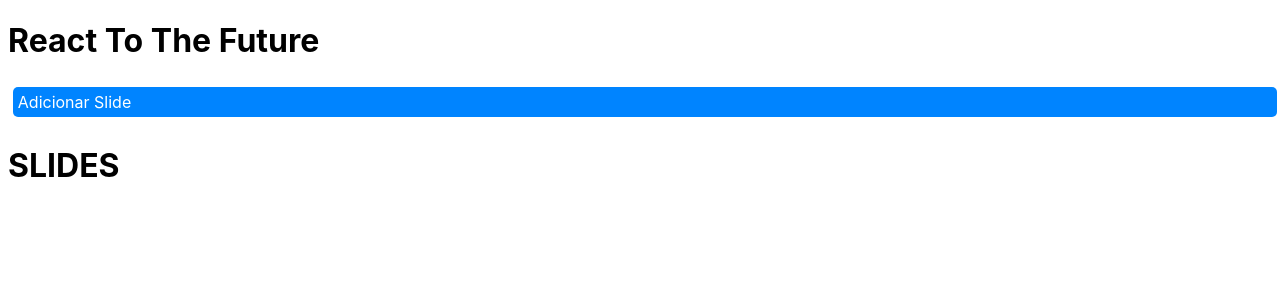
Repository: gotomarcelo/MERN
Page: / (app in cliente/)
These files come from the project's save history. The page is drawn as it stood at one moment and after the next save; the edit follows.
The browser window is 1280 px wide. The page is 1282 px wide, then 1280 px, so the pictures cover 1282 px, including what lies to the right of the window. The pictures show the whole page.
The page's requests for data from a server got no answer. The project was rebuilt for these pictures with package versions that can differ from the ones it lists, and the page was loaded fresh each time. No one was signed in, and anything a server would have sent is missing.

Above is the page before, as saved 2022-01-03 10:53:47.

### cliente/src/App.js
import React, { useState, useEffect } from "react";
import Axios from "axios";
import "./App.css";
import Colapsavel from "./Colapsavel";

function App() {
  const [tituloSlide, setTitulo] = useState("");
  const [conteudoSlide, setConteudo] = useState("");

  const [newTituloSlide, setNewTituloSlide] = useState("");
  const [newConteudoSlide, setNewConteudoSlide] = useState("");

  const [slideList, setSlideList] = useState([]);

  useEffect(() => {
    Axios.get("http://localhost:3001/read").then((response) =>
      setSlideList(response.data)
    );
  }, []);

  const addToList = () => {
    Axios.post("http://localhost:3001/insert", {
      tituloSlide: tituloSlide,
      conteudoSlide: conteudoSlide,
    });
    window.location.reload();
  };

  const updateSlide = (id) => {
    Axios.put("http://localhost:3001/update", {
      id: id,
      newTituloSlide: newTituloSlide,
      newConteudoSlide: newConteudoSlide,
    });
    window.location.reload();
  };

  const deleteSlide = (id) => {
    Axios.delete(`http://localhost:3001/delete/${id}`);
    window.location.reload();
  };

  return (
    <><head>
      <title>oi</title>
    </head>
    <div>
        <h1>React To The Future</h1>
        <Colapsavel label="Adicionar Slide">
          <label>Título:</label>
          <input
            type="text"
            onChange={(event) => {
              setTitulo(event.target.value);
            } } />

          <label>Conteudo:</label>
          <input
            type="text"
            onChange={(event) => {
              setConteudo(event.target.value);
            } } />
          <button onClick={addToList}>Add To List</button>
        </Colapsavel>
        <h1>SLIDES</h1>
        {slideList.map((val, key) => {
          return (
            <Colapsavel label={val.tituloSlide} key={key}>
              <h1>{val.tituloSlide}</h1>
              <p>{val.conteudoSlide}</p>
              <input
                type="text"
                placeholder="Novo nome do título"
                onChange={(event) => {
                  setNewTituloSlide(event.target.value);
                } } />
              <input
                type="text"
                placeholder="Atualizar conteudo"
                onChange={(event) => {
                  setNewConteudoSlide(event.target.value);
                } } />
              <button onClick={() => updateSlide(val._id)}>Atualizar</button>
              <button onClick={() => deleteSlide(val._id)}>Deletar</button>
            </Colapsavel>
          );
        })}
      </div></>
  );
}

export default App;

### cliente/src/index.css
body {
    font-family: -apple-system, BlinkMacSystemFont, 'Segoe UI', Roboto, Oxygen,
     Ubuntu, Cantarell, 'Open Sans', 'Helvetica Neue', sans-serif;
}

### cliente/src/App.css
.App {
  text-align: center;
  display: flex;
  flex-direction: column;
  justify-content: center;
  align-items: center;
}

input, button {
  width: 200px;
  height: 30px;
  font-size: 20px;
  margin: 5px;

}

### cliente/src/Colapsavel.js
import React, { useState, useRef } from "react";
import "./Colapsavel.css";

function Colapsavel(props) {
  const [isOpen, setIsOpen] = useState(false);

  const paiRef = useRef();

  return (
    <div className="colapsavel">
      <button className="toggle" onClick={() => setIsOpen(!isOpen)}>
        {props.label}
      </button>
      <div
      className="conteudo-pai"
      ref={paiRef}
      style={isOpen
        ?   {
            height: paiRef.current.scrollHeight + "px"
            }
        :   {
            height: "0px"
            }
      }
    >
        <div className="conteudo">{props.children}</div>
      </div>
    </div>
  );
}

export default Colapsavel;

### cliente/src/Colapsavel.css
.colapsavel .toggle {
  background: #0084ff;
  border: unset;
  cursor: pointer;
  font: unset;
  padding: 0.3rem;
  border-radius: 5px;
  color: #ffffff;
  margin-bottom: 0.5rem;
  width: 100%;
  text-align: left;
}

.colapsavel .conteudo {
    border: 1px solid #afafaf;
    padding: 0.5rem;
    border-radius: 5px;
    margin-bottom: 0.5rem;
}

.colapsavel .conteudo-pai {
    height: 0px;
    overflow: hidden;
    transition: height ease 0.3s;
}

Loaded but not shown: cliente/src/index.js (common file)

After the next save:
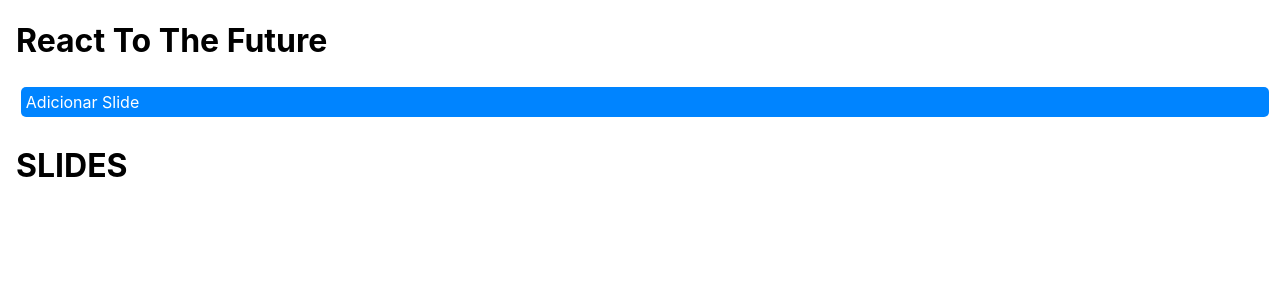
Saved 22 s later.
--- a/cliente/src/App.js
+++ b/cliente/src/App.js
@@ -44,7 +44,7 @@ function App() {
     <><head>
       <title>oi</title>
     </head>
-    <div>
+    <body>
         <h1>React To The Future</h1>
         <Colapsavel label="Adicionar Slide">
           <label>Título:</label>
@@ -85,7 +85,7 @@ function App() {
             </Colapsavel>
           );
         })}
-      </div></>
+      </body></>
   );
 }
 
